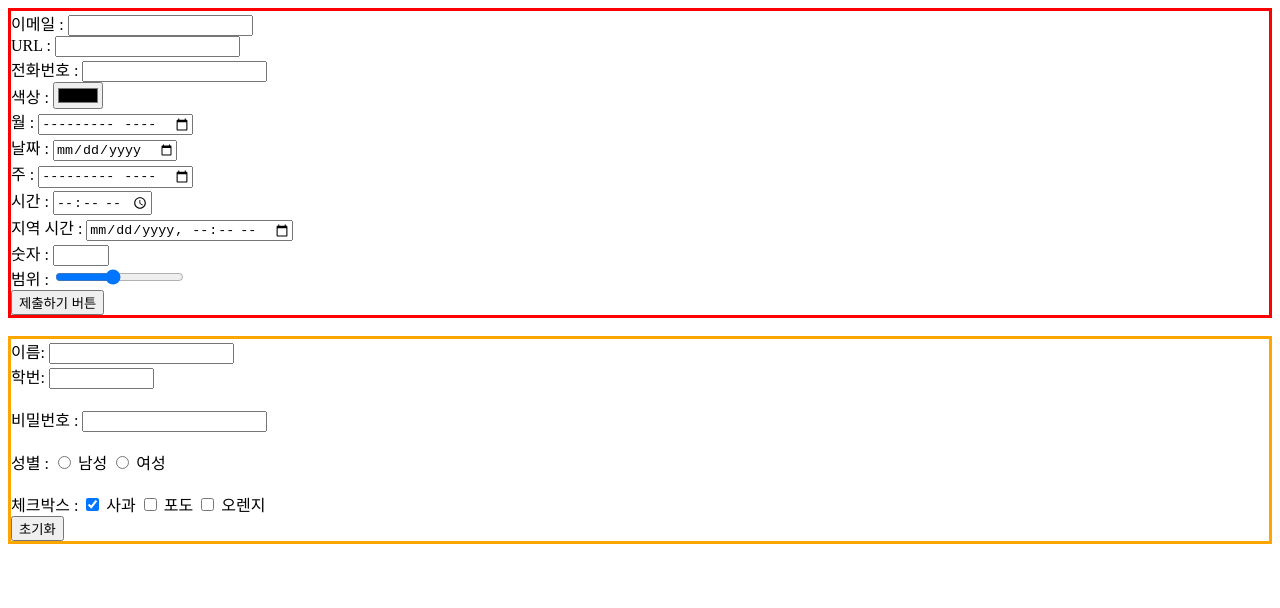
Repository: dhbaek2004/JSPex
Page: http://localhost/UX/InputForm.jsp
The author's editor kept a copy of each file at every save. The page is drawn from the files as they stood at one save, then again after the next save.
The browser window is 1280 px wide. The pictures show the whole page.
The page is served by Tomcat 9.

Above is the page before, as saved 2020-08-26 15:00:03.

After the next save:
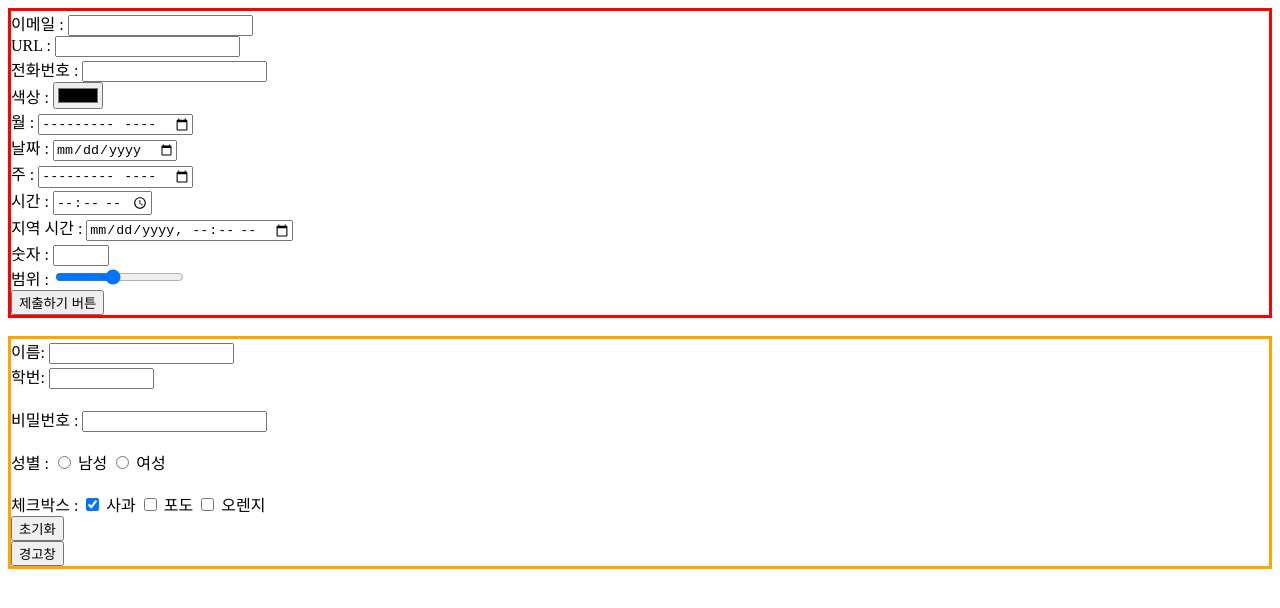
Saved 85 s later.
--- a/Infrearn/UX/UX/WebContent/InputForm.jsp
+++ b/Infrearn/UX/UX/WebContent/InputForm.jsp
@@ -42,6 +42,8 @@
 			<input type="checkbox" name="fruits" value="orange" > 오렌지
 			<br>
 			<input type="reset" value="초기화">
+			<br>
+			<input type="button" value="경고창" onclice="alert('경고창을 클릭하였습니다.')">
 		</div>
 
 
